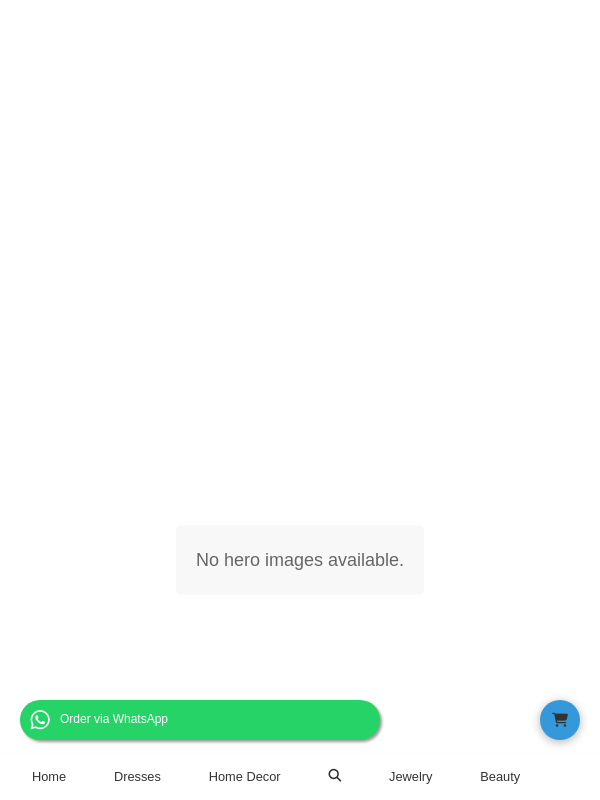
Repository: mrPractise/Elma-Shop
Page: http://localhost/
The author's editor kept a copy of each file at every save. The page is drawn from the files as they stood at one save, then again after the next save.
The browser window is 600 px wide. The pictures show the whole page.
Some web fonts or font styles are not loaded; a fallback is used. The page is served by the project's application, run on Django 5.2 (manage.py). Queries for data that is not in the repository find no rows.

Above is the page before, as saved 2024-09-29 14:14:49.

After the next save:
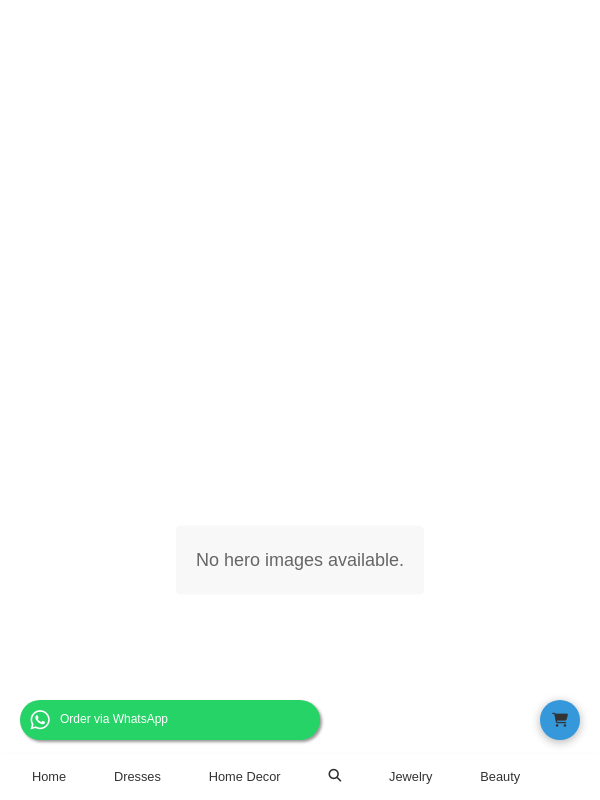
Saved 23 s later.
--- a/static/css/styles.css
+++ b/static/css/styles.css
@@ -1212,7 +1212,7 @@ h1 {
         .whatsapp-float {
             bottom: 60px;
             left: 20px;
-            max-width: 60%;
+            max-width: 50%;
         }
 
         .whatsapp-float-icon {
